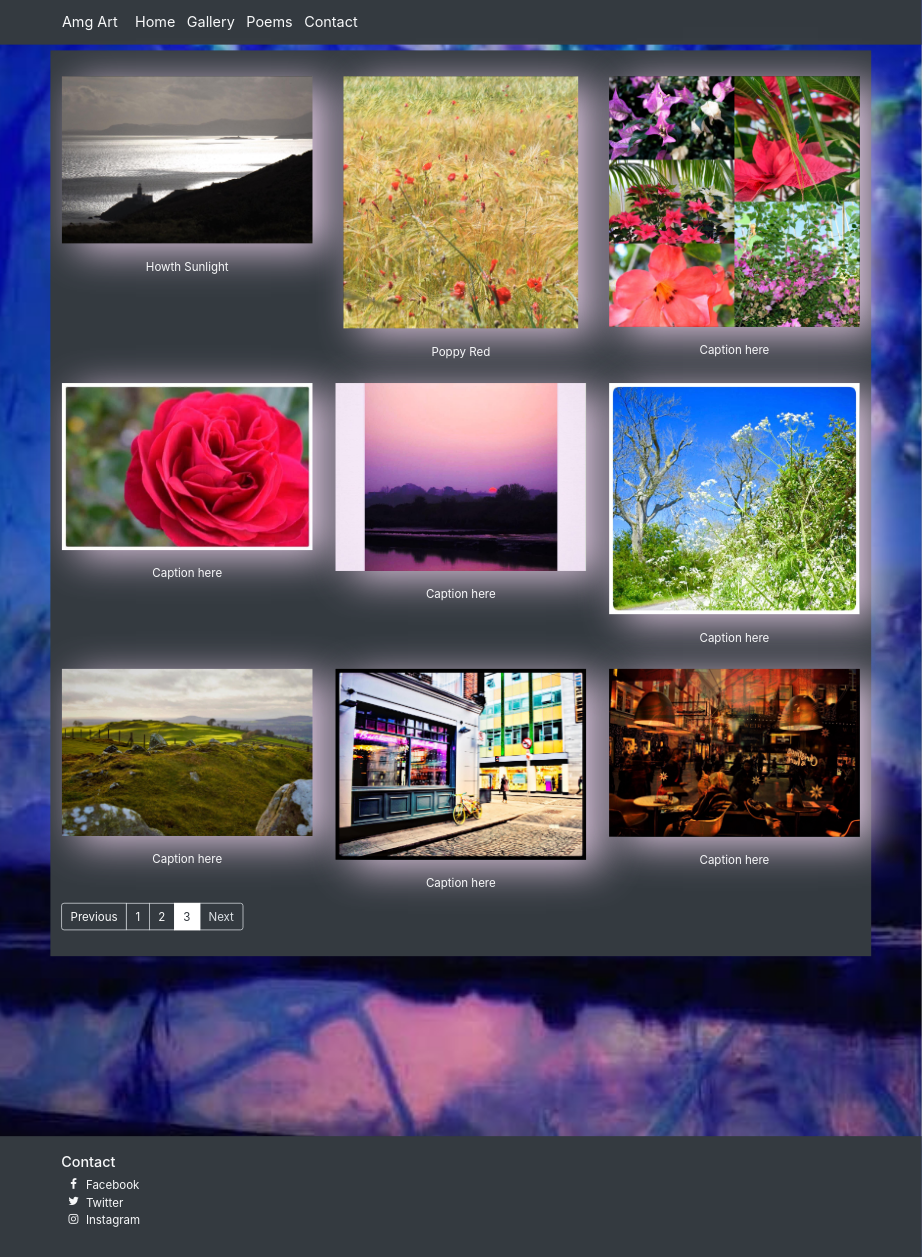
Repository: AllenGleeson/AmgArtGallery
Page: gallery3.html
The author's editor kept a record of every edit. The page is drawn from the files as they stood at one moment, then again after the next edit.
The browser window is 1280 px wide. The pictures show the whole page, at 72% of full size.

Above is the page before.

After the next edit:
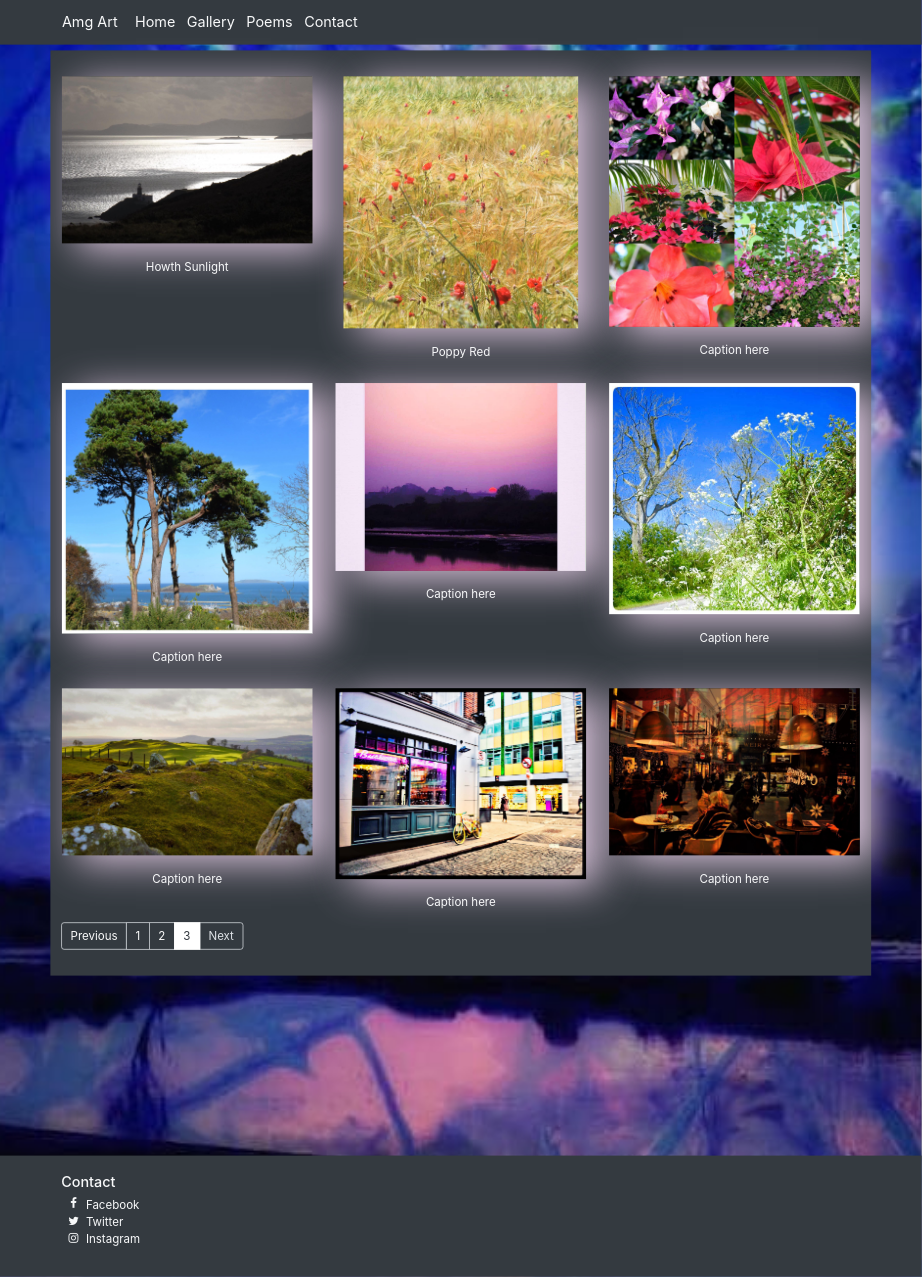
The edit:
--- a/gallery3.html
+++ b/gallery3.html
@@ -44,7 +44,7 @@
                 <div class="text-center text-light">Caption here</div>
             </div>
             <div class="col-sm-4 p-3 text-center" data-toggle="modal" data-target="#image-04">
-                <img src="assets/images/rose.jpg" class="galleryImage"></img>
+                <img src="assets/images/howth.jpg" class="galleryImage"></img>
                 <div class="text-center text-light">Caption here</div>
             </div>
             <div class="col-sm-4 p-3 text-center" data-toggle="modal" data-target="#image-05">
